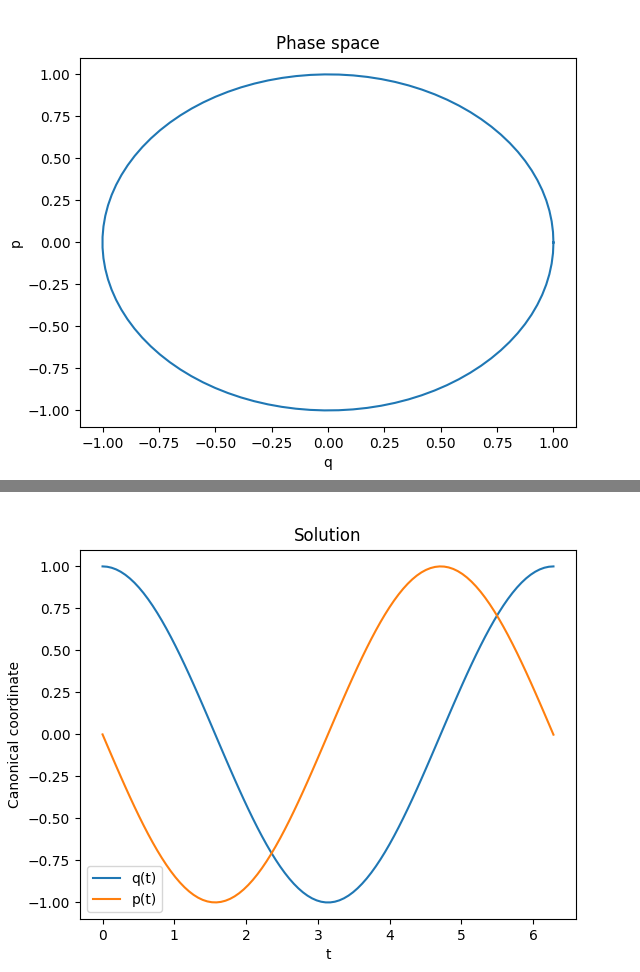
Repository: jearistiz/phys_simulation
Script's output: python simulation_API/simulation/demo_run_simulation.py
An editor plug-in stored every save of this project. The script's output is shown before and after a run of saves, followed by the edit.
Each picture stacks the figures in order, with grey between them; figures that are only written to a file come last. Random numbers start from a fixed seed.

Above is the script's output before, as saved 2020-09-13 18:45:34.

After the next 2 saves:
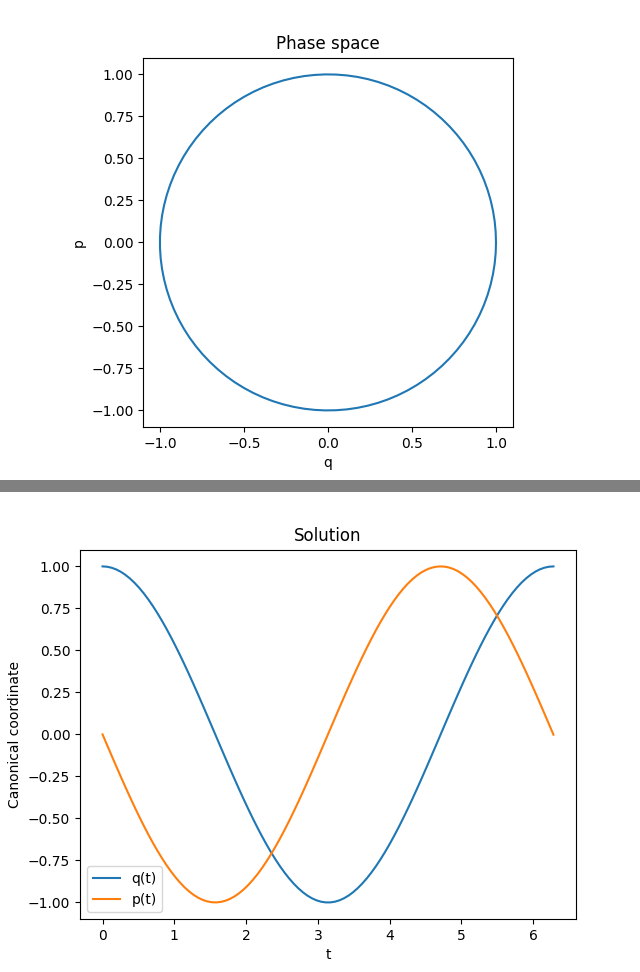
The 2 saves are shown as one change because they came seconds apart.
The last was saved 36 s later.
--- a/simulation_API/simulation/demo_run_simulation.py
+++ b/simulation_API/simulation/demo_run_simulation.py
@@ -33,14 +33,14 @@ a = HO_simulation.t_span
 fig = plt.figure()
 ax = fig.add_subplot(111)
 plt.plot(HO_solution.y[0], HO_solution.y[1])
+ax.set_aspect('equal', adjustable='box')
 plt.xlabel('q')
 plt.ylabel('p')
 plt.title('Phase space')
 plt.show()
 plt.close()
 
-fig = plt.figure()
-ax = fig.add_subplot(111)
+
 plt.plot(HO_solution.t, HO_solution.y[0], label='q(t)')
 plt.plot(HO_solution.t, HO_solution.y[1], label='p(t)')
 plt.xlabel('t')
